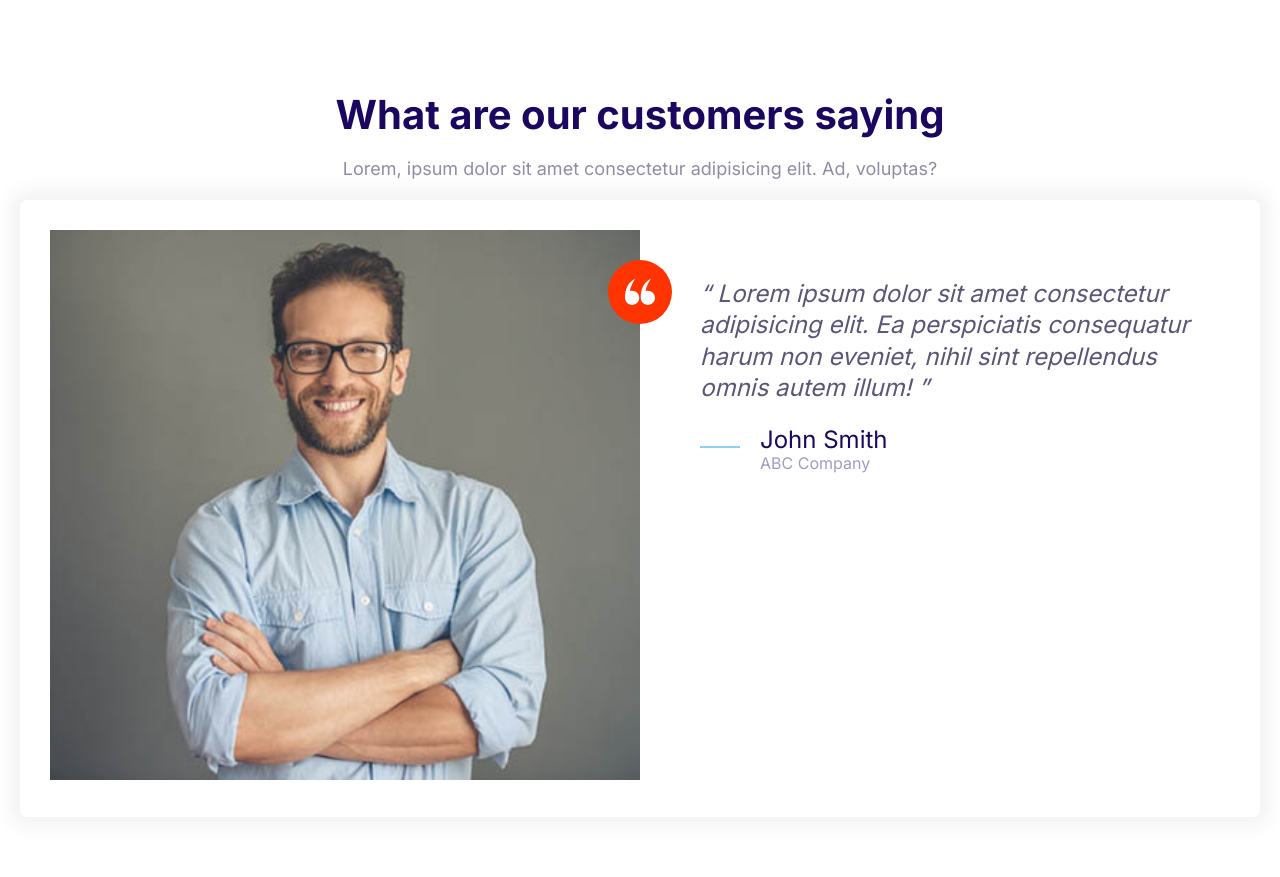
Repository: LeonUIO/first_website
Page: index.html
These files come from the project's save history. The page is drawn as it stood at one moment and after the next save; the edit follows.
The browser window is 1280 px wide. The pictures show the whole page.

Above is the page before, as saved 2021-04-13 10:10:56.

After the next save:
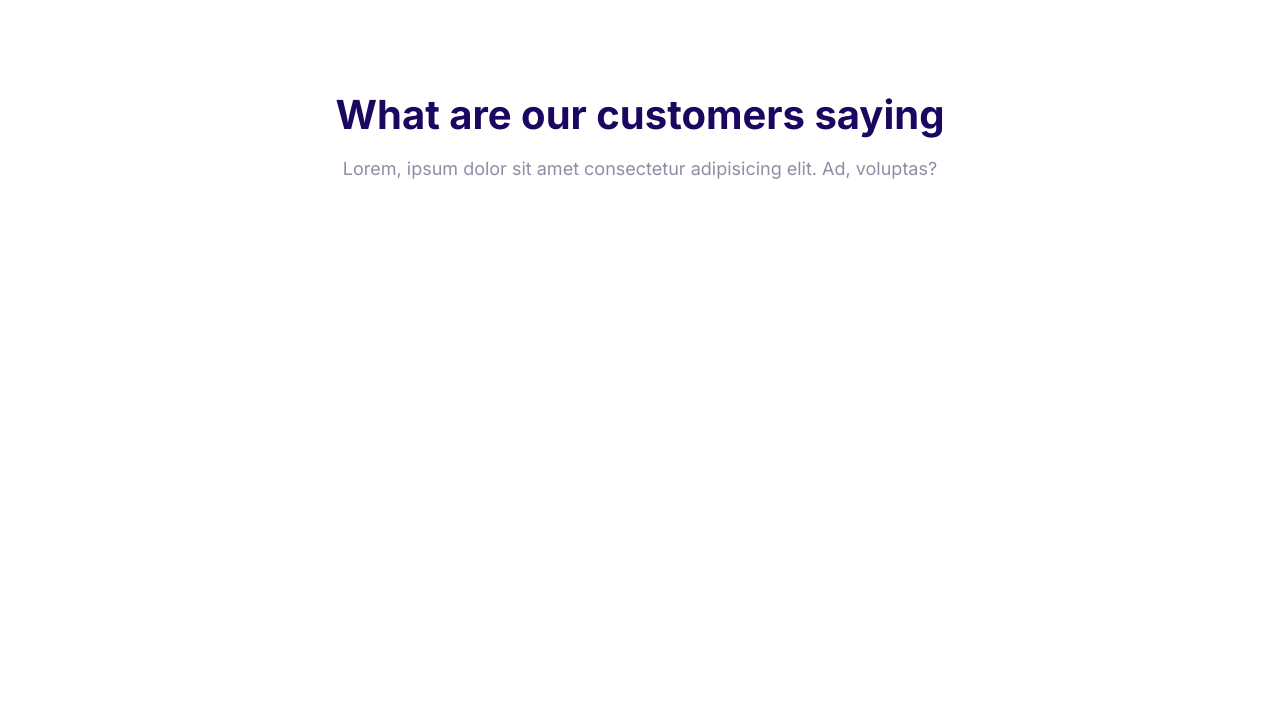
Saved 7 s later.
--- a/index.html
+++ b/index.html
@@ -25,38 +25,7 @@
           voluptas?
         </p>
       </header>
-      <div class="card testimonial">
-        <div class="grid grid--cols-2">
-          <div class="testimonial__image">
-            <img src="./images/testimonial.jpg" alt="A happy man." />
-            <span class="icon-container icon-container--accent">
-              <svg class="icon icon--white icon--small">
-                <use xlink:href="images/sprite.svg#quotes"></use>
-              </svg>
-            </span>
-          </div>
-          <blockquote class="quote">
-            <p class="quote__text">
-              Lorem ipsum dolor sit amet consectetur adipisicing elit. Ea
-              perspiciatis consequatur harum non eveniet, nihil sint repellendus
-              omnis autem illum!
-            </p>
-            <footer>
-              <div class="media">
-                <div class="media__image">
-                  <svg class="icon icon--primary quote--line">
-                    <use xlink:href="images/sprite.svg#line"></use>
-                  </svg>
-                </div>
-                <div class="media__body quote__footer">
-                  <h3 class="media__title quote__author">John Smith</h3>
-                  <p class="quote__company">ABC Company</p>
-                </div>
-              </div>
-            </footer>
-          </blockquote>
-        </div>
-      </div>
+
     </section>
     <script src="js/main.js"></script>
   </body>
